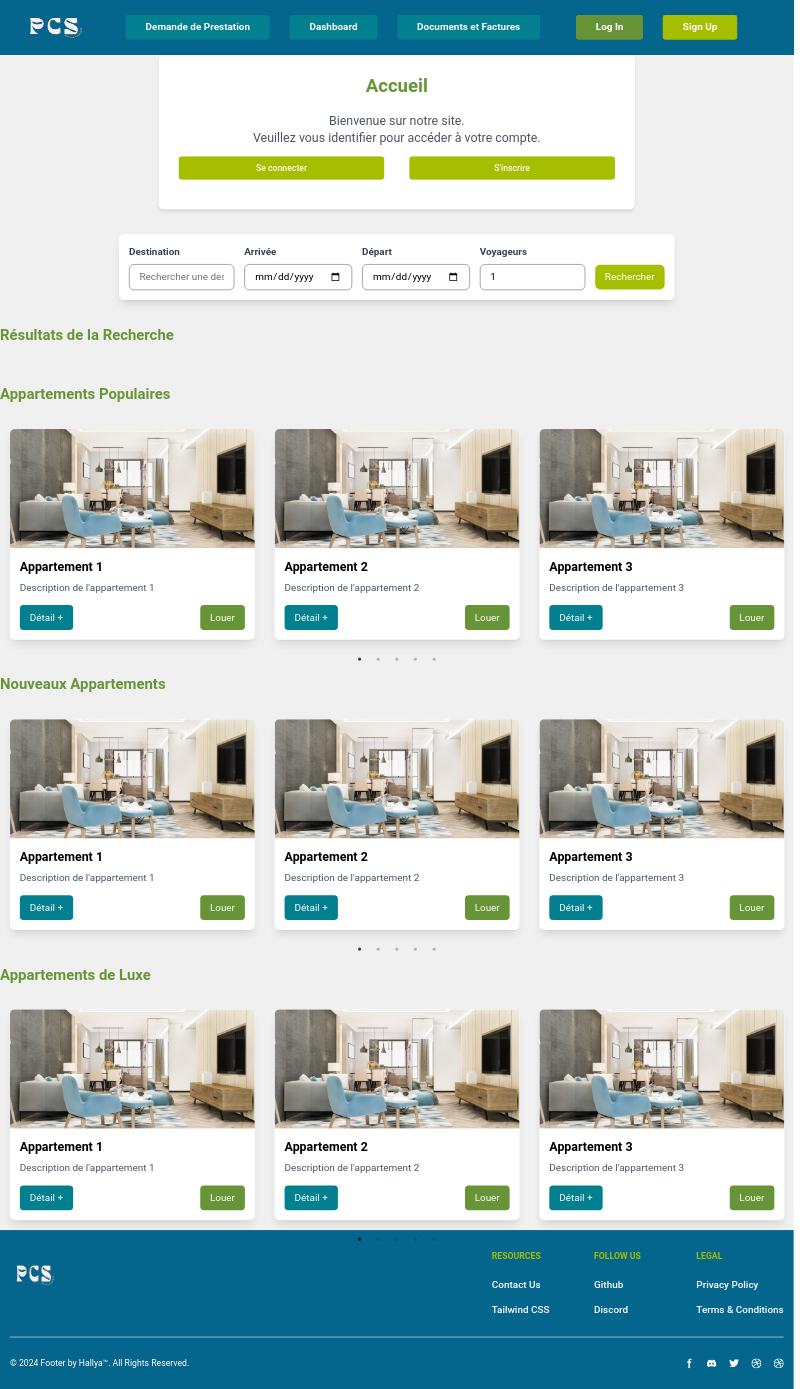
Repository: HATTOUNGBRE/ProjetAnnuel2
Page: /logout (app in FRONT/)
These files come from the project's save history. The page is drawn as it stood at one moment and after the next save; the edit follows.
The browser window is 1280 px wide. The page is 1305 px wide, so the pictures cover 1305 px, including what lies to the right of the window. The pictures show the whole page, at 62% of full size.
The page's requests for data from a server got no answer. The project was rebuilt for these pictures with package versions that can differ from the ones it lists, and the page was loaded fresh each time. No one was signed in, and anything a server would have sent is missing. Also part of the build but not shown: FRONT/vite.config.js, FRONT/src/components/PropertySearch.jsx, FRONT/src/components/Contact.jsx, FRONT/src/components/CatUser.jsx, FRONT/src/components/Login.jsx, FRONT/src/components/prestataire/PrestataireType.jsx, FRONT/src/components/prestataire/PrestataireDetails.jsx, FRONT/src/components/Account.jsx and 14 more.

Above is the page before, as saved 2024-06-28 23:19:09.

After the next save:
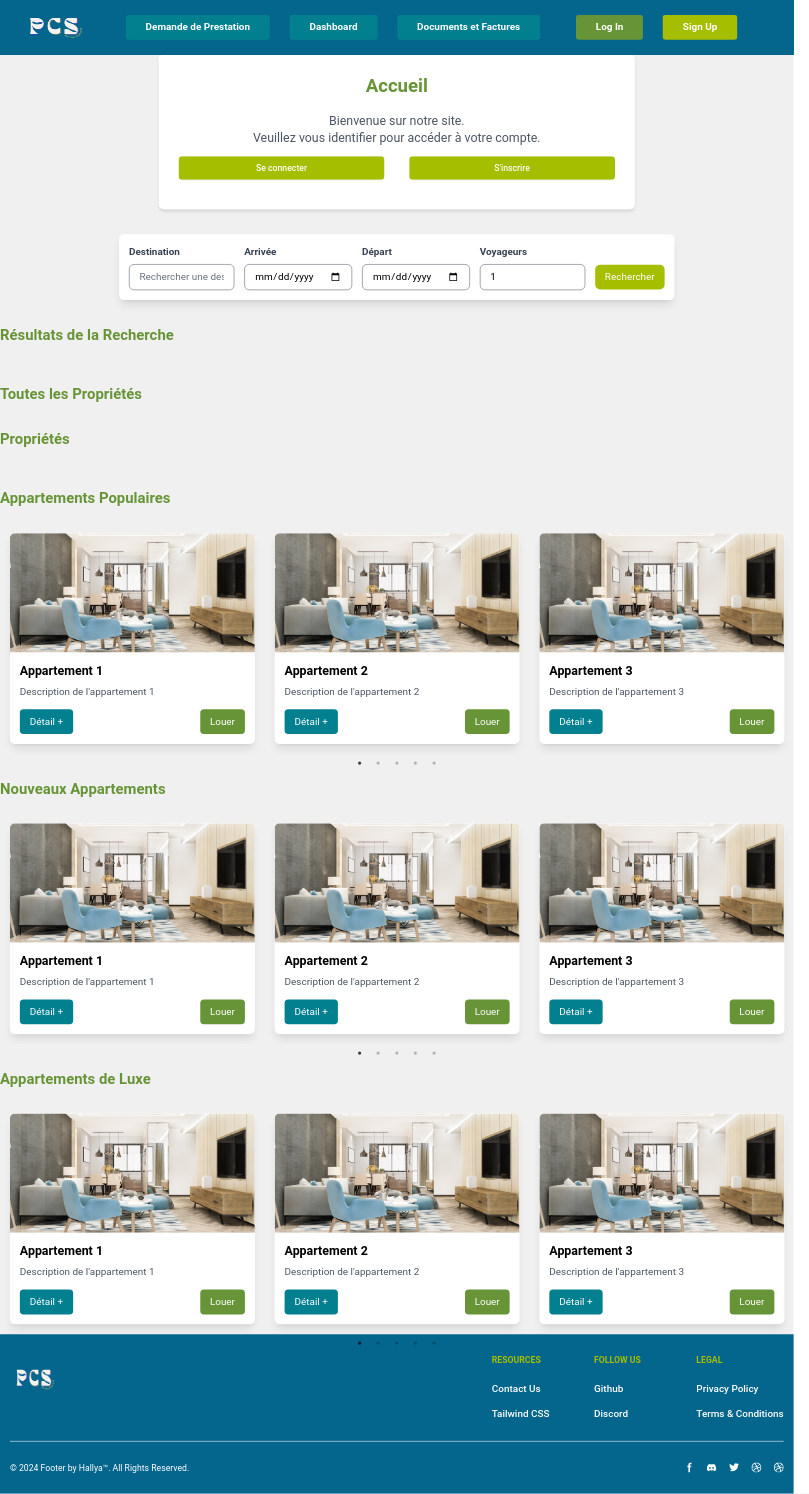
Saved 2 min 18 s later.
--- a/FRONT/src/components/Main.jsx
+++ b/FRONT/src/components/Main.jsx
@@ -15,7 +15,8 @@ function Main() {
   const [arrivalDate, setArrivalDate] = useState('');
   const [departureDate, setDepartureDate] = useState('');
   const [guests, setGuests] = useState(1);
-  const [properties, setProperties] = useState([]);
+  const [searchResults, setSearchResults] = useState([]);
+  const [allProperties, setAllProperties] = useState([]);
 
   useEffect(() => {
     if (searchTerm.length >= 2) {
@@ -24,6 +25,10 @@ function Main() {
       setCities([]);
     }
   }, [searchTerm]);
+
+  useEffect(() => {
+    fetchAllProperties();
+  }, []);
 
   const searchCities = async (term) => {
     try {
@@ -42,10 +47,20 @@ function Main() {
         `http://localhost:8000/api/search-properties?commune=${searchTerm}&maxPersons=${guests}`
       );
       const data = await response.json();
-      setProperties(data);
+      setSearchResults(data);
       setCities([]);  // Effacer les suggestions après la sélection
     } catch (error) {
       console.error('Error fetching properties:', error);
+    }
+  };
+
+  const fetchAllProperties = async () => {
+    try {
+      const response = await fetch('http://localhost:8000/api/properties');
+      const data = await response.json();
+      setAllProperties(data);
+    } catch (error) {
+      console.error('Error fetching all properties:', error);
     }
   };
 
@@ -160,14 +175,20 @@ function Main() {
         </div>
       ) : null}
 
-     {/* Résultats de la recherche */}
-     <div className="mt-10 w-full">
+      {/* Résultats de la recherche */}
+      <div className="mt-10 w-full">
         <h2 className="text-2xl font-semibold text-pcs-400 mb-6">Résultats de la Recherche</h2>
         <div className="grid grid-cols-1 md:grid-cols-2 lg:grid-cols-3 gap-4">
-          {properties.map(property => (
+          {searchResults.map(property => (
             <PropertyRow key={property.id} property={property} sliderSettings={sliderSettings} />
           ))}
         </div>
+      </div>
+
+      {/* Toutes les propriétés */}
+      <div className="mt-10 w-full">
+        <h2 className="text-2xl font-semibold text-pcs-400 mb-6">Toutes les Propriétés</h2>
+        <PropertyRow properties={allProperties} sliderSettings={sliderSettings} />
       </div>
 
       {/* Sections de propriétés fictives */}
